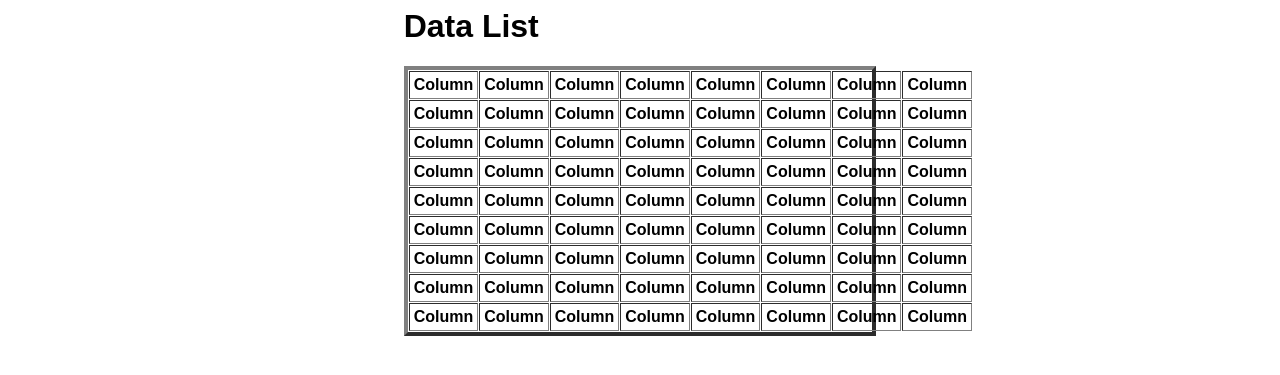
Repository: AdityaTech-Pro/FullStackWithBridgelabz
Page: Assignment2/Data_List/index.html
An editor plug-in stored every save of this project. The page is shown before and after the next save, followed by the edit.
The browser window is 1280 px wide. The pictures show the whole page.

Above is the page before, as saved 2025-10-15 09:17:27.

### Assignment2/Data_List/index.html
<html>

<head>
    <style>
        body {
            font-family: Arial, Helvetica, sans-serif;
        }

        .center {
            display: block;
            margin-left: auto;
            margin-right: auto;
            width: 37.4%;
        }
    </style>
</head>
<title>
    <h2>Welcome to My Web Page</h2>
</title>

<body>
    <table border="4" cellspacing="1" cellpadding="4" class="center">
        <h1 class="center">Data List</h1>
        <tr>
            <th>Column</th>
            <th>Column</th>
            <th>Column</th>
            <th>Column</th>
            <th>Column</th>
            <th>Column</th>
            <th>Column</th>
            <th>Column</th>
        </tr>
        <tr>
            <th>Column</th>
            <th>Column</th>
            <th>Column</th>
            <th>Column</th>
            <th>Column</th>
            <th>Column</th>
            <th>Column</th>
            <th>Column</th>
        </tr>
        <tr>
            <th>Column</th>
            <th>Column</th>
            <th>Column</th>
            <th>Column</th>
            <th>Column</th>
            <th>Column</th>
            <th>Column</th>
            <th>Column</th>
        </tr>
        <tr>
            <th>Column</th>
            <th>Column</th>
            <th>Column</th>
            <th>Column</th>
            <th>Column</th>
            <th>Column</th>
            <th>Column</th>
            <th>Column</th>
        </tr>
        <tr>
            <th>Column</th>
            <th>Column</th>
            <th>Column</th>
            <th>Column</th>
            <th>Column</th>
            <th>Column</th>
            <th>Column</th>
            <th>Column</th>
        </tr>
        <tr>
            <th>Column</th>
            <th>Column</th>
            <th>Column</th>
            <th>Column</th>
            <th>Column</th>
            <th>Column</th>
            <th>Column</th>
            <th>Column</th>
        </tr>
        <tr>
            <th>Column</th>
            <th>Column</th>
            <th>Column</th>
            <th>Column</th>
            <th>Column</th>
            <th>Column</th>
            <th>Column</th>
            <th>Column</th>
        </tr>
        <tr>
            <th>Column</th>
            <th>Column</th>
            <th>Column</th>
            <th>Column</th>
            <th>Column</th>
            <th>Column</th>
            <th>Column</th>
            <th>Column</th>
        </tr>
        <tr>
            <th>Column</th>
            <th>Column</th>
            <th>Column</th>
            <th>Column</th>
            <th>Column</th>
            <th>Column</th>
            <th>Column</th>
            <th>Column</th>
        </tr>
</body>

</html>

After the next save:
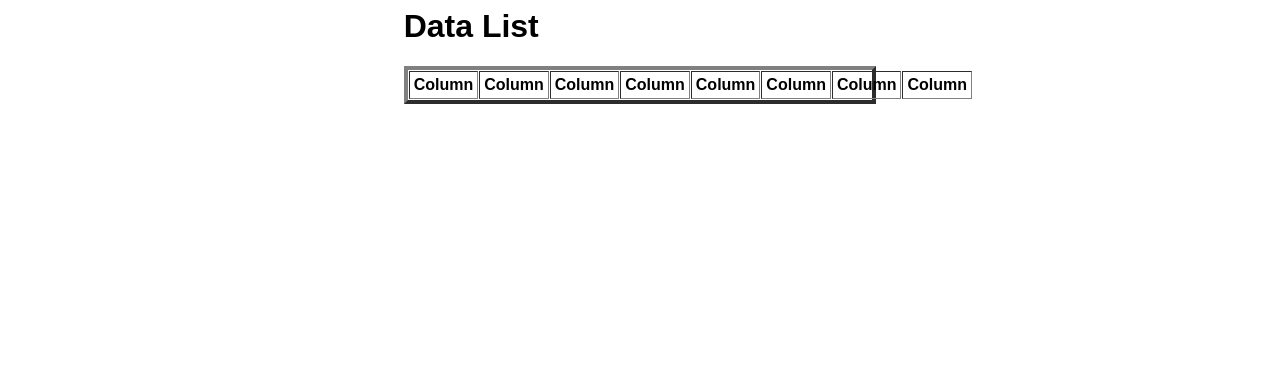
Saved 46 s later.
--- a/Assignment2/Data_List/index.html
+++ b/Assignment2/Data_List/index.html
@@ -31,86 +31,7 @@
             <th>Column</th>
             <th>Column</th>
         </tr>
-        <tr>
-            <th>Column</th>
-            <th>Column</th>
-            <th>Column</th>
-            <th>Column</th>
-            <th>Column</th>
-            <th>Column</th>
-            <th>Column</th>
-            <th>Column</th>
-        </tr>
-        <tr>
-            <th>Column</th>
-            <th>Column</th>
-            <th>Column</th>
-            <th>Column</th>
-            <th>Column</th>
-            <th>Column</th>
-            <th>Column</th>
-            <th>Column</th>
-        </tr>
-        <tr>
-            <th>Column</th>
-            <th>Column</th>
-            <th>Column</th>
-            <th>Column</th>
-            <th>Column</th>
-            <th>Column</th>
-            <th>Column</th>
-            <th>Column</th>
-        </tr>
-        <tr>
-            <th>Column</th>
-            <th>Column</th>
-            <th>Column</th>
-            <th>Column</th>
-            <th>Column</th>
-            <th>Column</th>
-            <th>Column</th>
-            <th>Column</th>
-        </tr>
-        <tr>
-            <th>Column</th>
-            <th>Column</th>
-            <th>Column</th>
-            <th>Column</th>
-            <th>Column</th>
-            <th>Column</th>
-            <th>Column</th>
-            <th>Column</th>
-        </tr>
-        <tr>
-            <th>Column</th>
-            <th>Column</th>
-            <th>Column</th>
-            <th>Column</th>
-            <th>Column</th>
-            <th>Column</th>
-            <th>Column</th>
-            <th>Column</th>
-        </tr>
-        <tr>
-            <th>Column</th>
-            <th>Column</th>
-            <th>Column</th>
-            <th>Column</th>
-            <th>Column</th>
-            <th>Column</th>
-            <th>Column</th>
-            <th>Column</th>
-        </tr>
-        <tr>
-            <th>Column</th>
-            <th>Column</th>
-            <th>Column</th>
-            <th>Column</th>
-            <th>Column</th>
-            <th>Column</th>
-            <th>Column</th>
-            <th>Column</th>
-        </tr>
+
 </body>
 
 </html>
